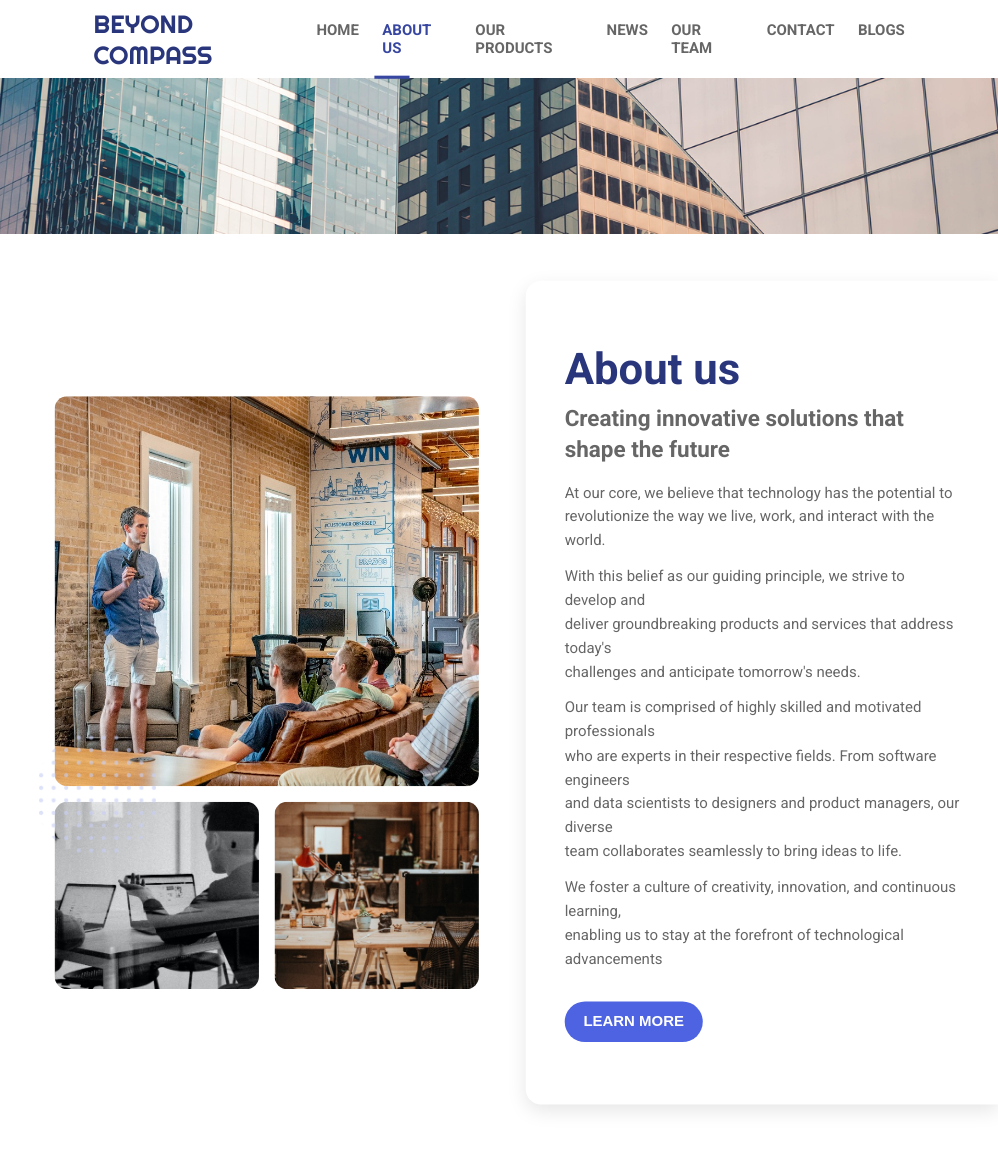
Repository: trunghau06/baitapRn
Page: pages/about.html
These files come from the project's save history. The page is drawn as it stood at one moment and after the next save; the edit follows.
The browser window is 1280 px wide. The pictures show the whole page, at 78% of full size.

Above is the page before, as saved 2025-10-09 23:49:55.

After the next save:
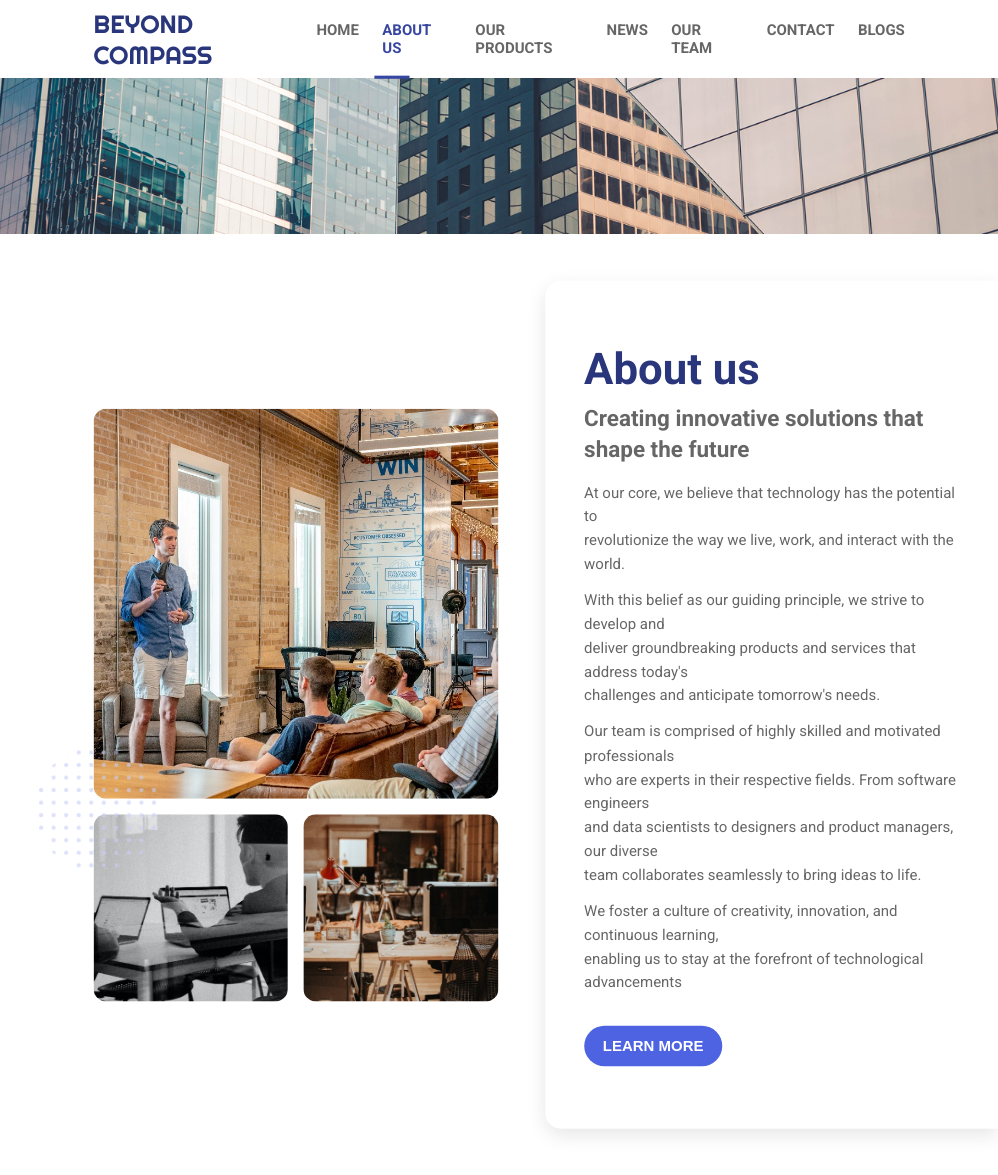
Saved 6 s later.
--- a/style/about.css
+++ b/style/about.css
@@ -91,7 +91,7 @@ nav ul li a.active::after {
     width: 100%;
     margin: 40px auto;
     background-color: #FFFFFF;
-    padding: 20px 0 20px 10px;
+    padding: 20px 0 20px 60px;
     gap: 60px;
     position: relative;
 }
